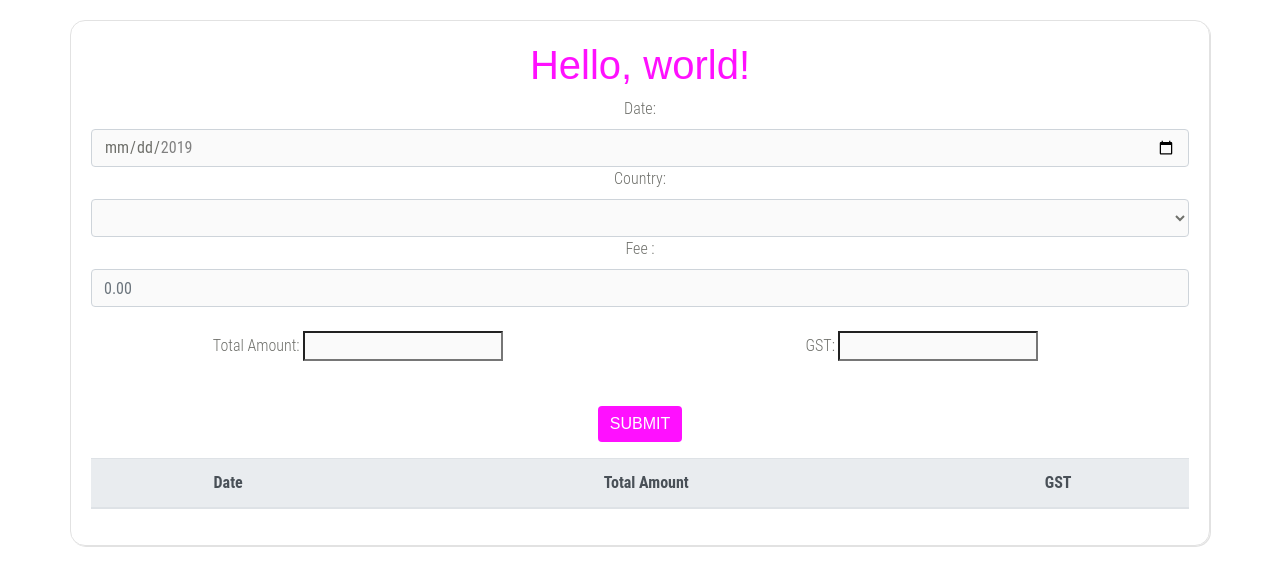
Repository: yucheng91/feesubmissionform
Page: http://localhost/
The author's editor kept a record of every edit. The page is drawn from the files as they stood at one moment, then again after the next edit.
The browser window is 1280 px wide. The pictures show the whole page.
Some web fonts or font styles are not loaded; a fallback is used. The page is served by the project's application, run on Flask 3 (app.py). Queries for data that is not in the repository find no rows.

Above is the page before.

### templates/index.html
<!doctype html>
<html lang="en">
  <head>
    <!-- Required meta tags -->
    <meta charset="utf-8">
    <meta name="viewport" content="width=device-width, initial-scale=1, shrink-to-fit=no">

    <!-- Bootstrap CSS -->
    <link rel="stylesheet" href="https://stackpath.bootstrapcdn.com/bootstrap/4.3.1/css/bootstrap.min.css" integrity="sha384-ggOyR0iXCbMQv3Xipma34MD+dH/1fQ784/j6cY/iJTQUOhcWr7x9JvoRxT2MZw1T" crossorigin="anonymous">

    <!-- custom -->
    <link href="https://fonts.googleapis.com/css?family=Aclonica|Chau+Philomene+One|Roboto&display=swap" rel="stylesheet">
    <link rel="stylesheet" href="{{ url_for('static', filename='css/style.css') }}">
    <script type="text/javascript" src="{{ url_for('static', filename='js/script.js') }}"></script>

    <title>Hello, world!</title>
  </head>
  <body>

    <div class="container content">
      <div class="row">
        <div class="col">
          <h1>Hello, world!</h1>
        </div>
      </div>
      <div class="row">
        <div class="col">
          <form name="form" method='post'>
            <div class='form-group'>
              <label class='date'>
                      Date:
                  </label>
              <input type='date' class='form-control' name='date' title="date" min="2019-01-01" max="2019-12-31">

              <label class='label'>
                      Country:
                  </label>
              <select id="country" name='country' class='form-control selectpicker' data-live-search="true">
                          {%for d in country %}
                          <option value='{{ d['id'] }}' {%if d['id'] == id %}selected='selected'{%endif%}>{{ d['country'] }}</option>
                               {%endfor%}
              </select>
              <label class='label'>
                  Fee :
              </label>
              <input type='number' step="0.01" class='form-control' name='fee' placeholder='0.00' onkeyup="calculateGST()">
              <br>
              <div class="row">
                <div class="col-12 col-md-6">
                  <label class='label' >
                    Total Amount:
                  </label>
                  <input type="number" name="totalfee" readonly>
                </div>
                <div class="col-12 col-md-6">
                  <label class='label' >
                    GST:
                  </label>
                  <input type="number" name="gst" readonly>
                </div>
              </div>
                <br>
              <input type='submit' class='btn btn-dark mt-3' value="SUBMIT">
              </div>
          </form>
          </div>
        </div>
      <div class="row">
        <div class="col">
        <table class="table table-hover">
          <thead class="thead-light">
            <tr>
              <th>Date</th>
              <th>Total Amount</th>
              <th>GST</th>
            </tr>
          </thead>
          {%for r in results%}
          <tr>
            <tbody>
              <td>
                {{ r['date'] }}
              </td>
              <td>
                {{ r['symbol'] }} {{ r['totalfee'] }}
              </td>
              <td>
                {{ r['gst'] }}
              </td>
            </tbody>
          </tr>
          {%endfor%}
        </table>
      </div>
      </div>
    </div>

    <!-- Optional JavaScript -->

    <!-- jQuery first, then Popper.js, then Bootstrap JS -->
    <script src="https://code.jquery.com/jquery-3.3.1.slim.min.js" integrity="sha384-q8i/X+965DzO0rT7abK41JStQIAqVgRVzpbzo5smXKp4YfRvH+8abtTE1Pi6jizo" crossorigin="anonymous"></script>
    <script src="https://cdnjs.cloudflare.com/ajax/libs/popper.js/1.14.7/umd/popper.min.js" integrity="sha384-UO2eT0CpHqdSJQ6hJty5KVphtPhzWj9WO1clHTMGa3JDZwrnQq4sF86dIHNDz0W1" crossorigin="anonymous"></script>
    <script src="https://stackpath.bootstrapcdn.com/bootstrap/4.3.1/js/bootstrap.min.js" integrity="sha384-JjSmVgyd0p3pXB1rRibZUAYoIIy6OrQ6VrjIEaFf/nJGzIxFDsf4x0xIM+B07jRM" crossorigin="anonymous"></script>
  </body>
</html>

### app.py
from flask import Flask, render_template, request, redirect, url_for
import os
import pymysql

connection = pymysql.connect(
    host='localhost',
    user="admin",
    password="password",
    database="fee_submission"
)

app = Flask(__name__)

@app.route('/')

def index():

    cursor = connection.cursor(pymysql.cursors.DictCursor)
    sql = "SELECT * FROM currency"
    cursor.execute(sql)
    country = []
    for r in cursor:
        country.append({
            'id' : r['id'],
            'country': r['country']
        })
    cursor.close()

    cursor = connection.cursor(pymysql.cursors.DictCursor)
    sql = "SELECT * FROM transaction JOIN currency ON transaction.currencyid = currency.id ORDER BY transaction.id"
    cursor.execute(sql)
    results = []
    for r in cursor:
         results.append(r)

    cursor.close()

    return render_template('index.html',country=country, results=results)

@app.route('/', methods=["POST"])

def add_fee():

    cursor = connection.cursor(pymysql.cursors.DictCursor)
    sql = "SELECT * FROM currency"
    cursor.execute(sql)
    country = []
    for r in cursor:
        country.append({
            'id' : r['id'],
            'country': r['country']
        })
    cursor.close()

    return redirect(url_for('index'))

# "magic code" -- boilerplate
if __name__ == '__main__':
    app.run(host=os.environ.get('IP'),
            port=int(os.environ.get('PORT')),
            debug=True)

### static/css/style.css
body {
    background-color:rgb(255,255,255);
}

.content {
    border: 1px solid rgb(226,226,226);
    border-radius:15px;
    padding: 20px;
    margin-top: 20px;
    text-align:center;
    font-family: 'Roboto Condensed', sans-serif;
    box-shadow: 1px 1px rgb(226,226,226);
    font-weight:300;
    color:rgb(111,112,107);
}

input {
    background-color:rgb(250,250,250);
    color:rgb(111,112,107);
}

.form-control {
    background-color:rgb(250,250,250);
    color:rgb(111,112,107);
}

h1 {
    color:rgb(255,16,255);
    font-family: 'Chau Philomene One', sans-serif;
}

.btn {
    font-family: 'Miriam Libre', sans-serif;
    background-color:rgb(255,16,255);
    border:0px;
}

### static/js/script.js
function calculateGST() {
    var feeStr =document.form.fee.value;
    if (!feeStr)
        feeStr = '0';
    var fee = parseFloat(feeStr);

    var country = document.getElementById("country").value;
    if (country != "Singapore"){
        var gstamt = 0;
    } else {
        gstamt = 0.07;
    }

    var gst = fee * gstamt ;
    var totalfee = fee + (fee * gstamt);

    document.form.gst.value = gst.toFixed(2);
    document.form.totalfee.value = totalfee.toFixed(2);
}

After the next edit:
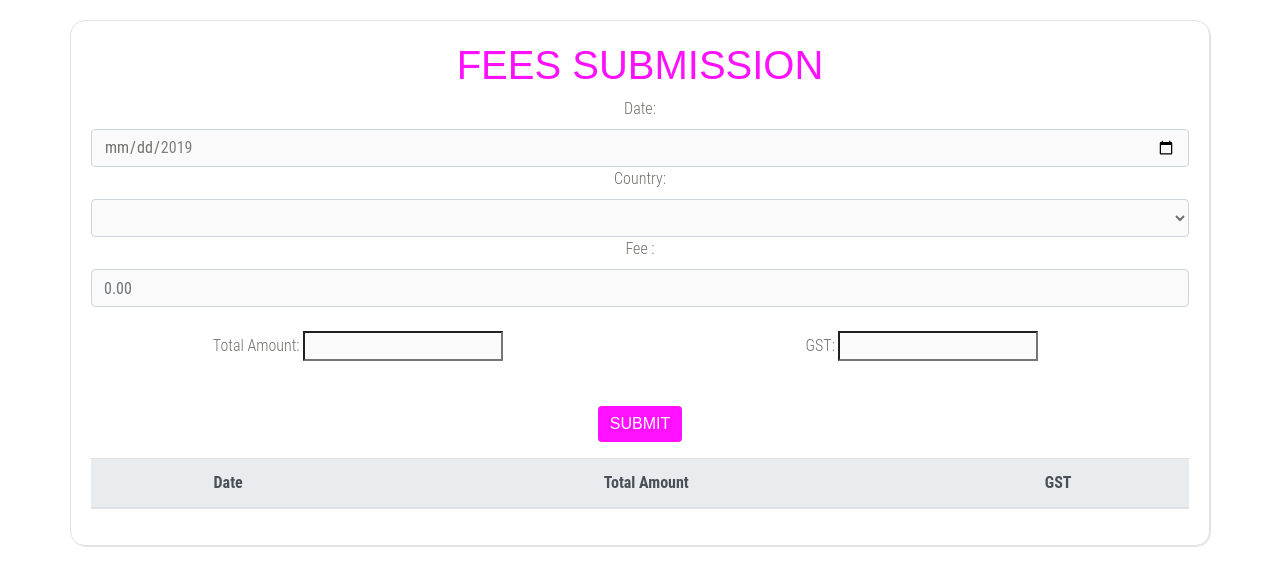
The edit:
--- a/templates/index.html
+++ b/templates/index.html
@@ -20,7 +20,7 @@
     <div class="container content">
       <div class="row">
         <div class="col">
-          <h1>Hello, world!</h1>
+          <h1>FEES SUBMISSION</h1>
         </div>
       </div>
       <div class="row">
